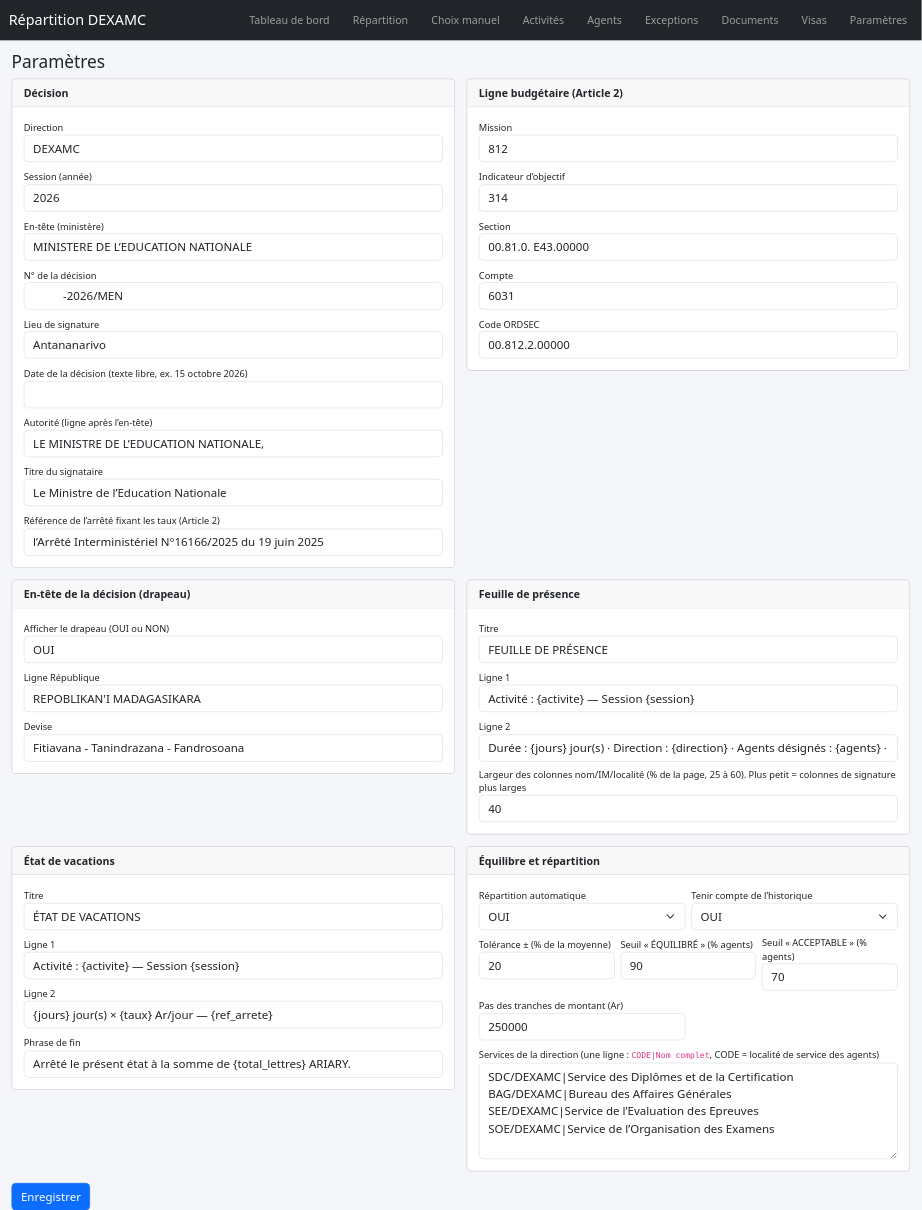
Repository: Mikandry/vacation
Page: http://localhost/parametres
An editor plug-in stored every save of this project. The page is shown before and after a run of saves, followed by the edit.
The browser window is 1280 px wide. The pictures show the whole page, at 72% of full size.
The page is served by the project's Laravel application, run on PHP 8.4 with Laravel 12. Other server files are loaded and not shown. Queries for data that is not in the repository find no rows.

Above is the page before, as saved 2026-10-18 13:45:39.

### routes/web.php
<?php
use App\Http\Controllers\{ActivityController, AgentController, DashboardController, DistributionController, DocumentController, ExceptionController, ManualController, SettingController, VisaController};
use Illuminate\Support\Facades\Route;

// Pour protéger l'application : installer Laravel Breeze puis remplacer [] par ['auth'].
Route::middleware([])->group(function () {
    Route::get('/', [DashboardController::class, 'index'])->name('dashboard');

    Route::get('/repartition', [DistributionController::class, 'index'])->name('distribution.index');
    Route::post('/repartition/run', [DistributionController::class, 'run'])->name('distribution.run');
    Route::post('/repartition/redraw', [DistributionController::class, 'redraw'])->name('distribution.redraw');
    Route::post('/repartition/archive', [DistributionController::class, 'archive'])->name('distribution.archive');
    Route::get('/repartition/recap.{format}', [DistributionController::class, 'recap'])->name('distribution.recap');

    Route::resource('activities', ActivityController::class)->except('show');

    Route::get('/agents/import', [AgentController::class, 'importForm'])->name('agents.import.form');
    Route::post('/agents/import', [AgentController::class, 'import'])->name('agents.import');
    Route::get('/agents/export', [AgentController::class, 'export'])->name('agents.export');
    Route::resource('agents', AgentController::class)->except('show');

    Route::get('/exceptions', [ExceptionController::class, 'index'])->name('exceptions.index');
    Route::post('/exceptions', [ExceptionController::class, 'set'])->name('exceptions.set');

    Route::get('/parametres', [SettingController::class, 'index'])->name('settings.index');
    Route::post('/parametres', [SettingController::class, 'update'])->name('settings.update');
    Route::get('/visas', [VisaController::class, 'index'])->name('visas.index');
    Route::post('/visas', [VisaController::class, 'update'])->name('visas.update');

    Route::get('/documents', [DocumentController::class, 'index'])->name('documents.index');
    Route::get('/documents/{activity}/{type}/{format}', [DocumentController::class, 'export'])->name('documents.export');
    Route::get('/choix', [ManualController::class, 'matrix'])->name('choix.matrix');
Route::post('/choix/toggle', [ManualController::class, 'toggle'])->name('choix.toggle');
Route::post('/choix/appliquer', [ManualController::class, 'apply'])->name('choix.apply');
Route::get('/choix/{activity}', [ManualController::class, 'show'])->name('choix.show');
Route::post('/choix/{activity}', [ManualController::class, 'save'])->name('choix.save');
Route::post('/choix/{activity}/externe', [ManualController::class, 'addExternal'])->name('choix.external');
Route::post('/choix/{activity}/auto', [ManualController::class, 'auto'])->name('choix.auto');

    });

### app/Http/Controllers/SettingController.php
<?php
namespace App\Http\Controllers;

use App\Models\Setting;
use Illuminate\Http\Request;

class SettingController extends Controller
{
    public function index() { return view('settings', ['s' => Setting::all_()]); }
    public function update(Request $r)
    {
        $r->validate(['tolerance' => 'required|numeric|min:0|max:100', 'threshold_ok' => 'required|numeric|min:0|max:100', 'threshold_acc' => 'required|numeric|min:0|max:100',
            'band_step' => 'required|integer|min:1000', 'auto' => 'required|in:OUI,NON', 'use_history' => 'required|in:OUI,NON']);
        Setting::put($r->only(array_keys(Setting::DEFAULTS)));
        return redirect()->route('settings.index')->with('ok', 'Paramètres enregistrés. Relancez la répartition si nécessaire.');
    }
}

### app/Http/Controllers/Controller.php
<?php
namespace App\Http\Controllers;

abstract class Controller {}

### app/Models/Setting.php
<?php
namespace App\Models;
use Illuminate\Database\Eloquent\Model;

class Setting extends Model
{
    protected $primaryKey = 'key';
    public $incrementing = false;
    protected $keyType = 'string';
    public $timestamps = false;
    protected $fillable = ['key', 'value'];

    public const DEFAULTS = [
        'direction' => 'DEXAMC',
        'session' => '2026',
        'ministry' => "MINISTERE DE L’EDUCATION NATIONALE",
        'decision_number' => '          -2026/MEN',
        'place' => 'Antananarivo',
        'decision_date' => '',
        'authority' => "LE MINISTRE DE L’EDUCATION NATIONALE,",
        'signatory' => "Le Ministre de l’Education Nationale",
        'ref_arrete' => "l’Arrêté Interministériel N°16166/2025 du 19 juin 2025",
        'budget_mission' => '812',
        'budget_indicator' => '314',
        'budget_section' => '00.81.0. E43.00000',
        'budget_account' => '6031',
        'budget_ordsec' => '00.812.2.00000',
        'auto' => 'OUI',          // répartition automatique
        'use_history' => 'OUI',   // tenir compte de l'historique
        'tolerance' => '20',      // % autour de la moyenne
        'threshold_ok' => '90',   // % d'agents dans la tolérance => ÉQUILIBRÉ
        'threshold_acc' => '70',  // => ACCEPTABLE
        'band_step' => '250000',
                'show_flag' => 'OUI',
        'republic' => "REPOBLIKAN'I MADAGASIKARA",
        'motto' => 'Fitiavana - Tanindrazana - Fandrosoana',
        'presence_title' => 'FEUILLE DE PRÉSENCE',
        'presence_line1' => 'Activité : {activite} — Session {session}',
        'presence_line2' => 'Durée : {jours} jour(s) · Direction : {direction} · Agents désignés : {agents} · Lieu : {lieu}',
        'presence_id_width' => '40',
        'etat_title' => 'ÉTAT DE VACATIONS',
        'etat_line1' => 'Activité : {activite} — Session {session}',
        'etat_line2' => '{jours} jour(s) × {taux} Ar/jour — {ref_arrete}',
        'etat_footer' => 'Arrêté le présent état à la somme de {total_lettres} ARIARY.',
        'services' => "SDC/DEXAMC|Service des Diplômes et de la Certification\nBAG/DEXAMC|Bureau des Affaires Générales\nSEE/DEXAMC|Service de l’Evaluation des Epreuves\nSOE/DEXAMC|Service de l’Organisation des Examens",
    ];

    public static function all_(): array
    {
        return array_merge(self::DEFAULTS, static::query()->pluck('value', 'key')->map(fn($v) => (string)$v)->all());
    }
    public static function put(array $values): void
    {
        foreach ($values as $k => $v) {
            if (array_key_exists($k, self::DEFAULTS)) static::updateOrCreate(['key' => $k], ['value' => (string)$v]);
        }
    }
}

### resources/views/settings.blade.php
@extends('layouts.app')
@section('title','Paramètres')
@php

 $groups=[
  'Décision'=>[['direction','Direction'],['session','Session (année)'],['ministry','En-tête (ministère)'],['decision_number','N° de la décision'],['place','Lieu de signature'],['decision_date','Date de la décision (texte libre, ex. 15 octobre 2026)'],['authority','Autorité (ligne après l’en-tête)'],['signatory','Titre du signataire'],['ref_arrete','Référence de l’arrêté fixant les taux (Article 2)']],
  'Ligne budgétaire (Article 2)'=>[['budget_mission','Mission'],['budget_indicator','Indicateur d’objectif'],['budget_section','Section'],['budget_account','Compte'],['budget_ordsec','Code ORDSEC']],
  'En-tête de la décision (drapeau)'=>[['show_flag','Afficher le drapeau (OUI ou NON)'],['republic','Ligne République'],['motto','Devise']],
  'Feuille de présence'=>[['presence_title','Titre'],['presence_line1','Ligne 1'],['presence_line2','Ligne 2'],['presence_id_width','Largeur des colonnes nom/IM/localité (% de la page, 25 à 60). Plus petit = colonnes de signature plus larges']],
  'État de vacations'=>[['etat_title','Titre'],['etat_line1','Ligne 1'],['etat_line2','Ligne 2'],['etat_footer','Phrase de fin']],
 ];

@endphp
@section('content')
<h4>Paramètres</h4>
<form method="post" action="{{ route('settings.update') }}" class="row g-3">
 @csrf
 @foreach($groups as $title=>$fields)
  <div class="col-lg-6"><div class="card"><div class="card-header fw-bold">{{ $title }}</div><div class="card-body row g-2">
   @foreach($fields as [$k,$l])<div class="col-12"><label class="form-label mb-0 small">{{ $l }}</label><input name="{{ $k }}" class="form-control" value="{{ old($k,$s[$k]) }}"></div>@endforeach
  </div></div></div>
 @endforeach
 <div class="col-lg-6"><div class="card"><div class="card-header fw-bold">Équilibre et répartition</div><div class="card-body row g-2">
  <div class="col-md-6"><label class="form-label mb-0 small">Répartition automatique</label><select name="auto" class="form-select">@foreach(['OUI','NON'] as $v)<option @selected($s['auto']==$v)>{{ $v }}</option>@endforeach</select></div>
  <div class="col-md-6"><label class="form-label mb-0 small">Tenir compte de l’historique</label><select name="use_history" class="form-select">@foreach(['OUI','NON'] as $v)<option @selected($s['use_history']==$v)>{{ $v }}</option>@endforeach</select></div>
  <div class="col-md-4"><label class="form-label mb-0 small">Tolérance ± (% de la moyenne)</label><input type="number" step="0.1" name="tolerance" class="form-control" value="{{ old('tolerance',$s['tolerance']) }}"></div>
  <div class="col-md-4"><label class="form-label mb-0 small">Seuil « ÉQUILIBRÉ » (% agents)</label><input type="number" name="threshold_ok" class="form-control" value="{{ old('threshold_ok',$s['threshold_ok']) }}"></div>
  <div class="col-md-4"><label class="form-label mb-0 small">Seuil « ACCEPTABLE » (% agents)</label><input type="number" name="threshold_acc" class="form-control" value="{{ old('threshold_acc',$s['threshold_acc']) }}"></div>
  <div class="col-md-6"><label class="form-label mb-0 small">Pas des tranches de montant (Ar)</label><input type="number" name="band_step" class="form-control" value="{{ old('band_step',$s['band_step']) }}"></div>
  <div class="col-12"><label class="form-label mb-0 small">Services de la direction (une ligne : <code>CODE|Nom complet</code>, CODE = localité de service des agents)</label><textarea name="services" rows="5" class="form-control">{{ old('services',$s['services']) }}</textarea></div>
 </div></div></div>

 <div class="col-12"><button class="btn btn-primary">Enregistrer</button></div>
</form>
@endsection

### resources/views/layouts/app.blade.php
<!doctype html>
<html lang="fr">
<head>
<meta charset="utf-8"><meta name="viewport" content="width=device-width, initial-scale=1">
<meta name="csrf-token" content="{{ csrf_token() }}">
<title>@yield('title', 'Répartition des agents')</title>
<head><link rel="icon" type="image/svg+xml" href="{{ asset('favicon.svg') }}"> </head>
{{-- <link rel="icon" type="image/png" href="{{ asset('logo.png') }}">. --}}

<link href="https://cdn.jsdelivr.net/npm/bootstrap@5.3.3/dist/css/bootstrap.min.css" rel="stylesheet">
<style>
 body{background:#f4f6f9;font-size:.92rem} .kpi{background:#fff;border-radius:.6rem;padding:.8rem 1rem;box-shadow:0 1px 3px rgba(0,0,0,.08)}
 .kpi .v{font-size:1.5rem;font-weight:700;color:#1f3a5f} .kpi .l{font-size:.75rem;color:#666;text-transform:uppercase}
 .table-sm td,.table-sm th{vertical-align:middle} .dot{display:inline-block;width:.9rem;height:.9rem;border-radius:50%;background:#1976d2}
 .st-Équilibré{background:#c8e6c9}.st-Sur-chargé{background:#ffcdd2}.st-Sous-chargé{background:#ffe0b2}.st-Externe{background:#e1f5fe}.st-Indisponible{background:#eee;color:#777}
 .sticky th{position:sticky;top:0;background:#1f3a5f;color:#fff;z-index:2}
</style>
</head>
<body>
<nav class="navbar navbar-expand-lg navbar-dark bg-dark mb-3">
 <div class="container-fluid">
  <a class="navbar-brand" href="{{ route('dashboard') }}">Répartition {{ \App\Models\Setting::all_()['direction'] }}</a>
  <div class="navbar-nav flex-row flex-wrap gap-3">
   <a class="nav-link" href="{{ route('dashboard') }}">Tableau de bord</a>
   <a class="nav-link" href="{{ route('distribution.index') }}">Répartition</a>
   <a class="nav-link" href="{{ route('choix.matrix') }}">Choix manuel</a>
   <a class="nav-link" href="{{ route('activities.index') }}">Activités</a>
   <a class="nav-link" href="{{ route('agents.index') }}">Agents</a>
   <a class="nav-link" href="{{ route('exceptions.index') }}">Exceptions</a>
   <a class="nav-link" href="{{ route('documents.index') }}">Documents</a>
   <a class="nav-link" href="{{ route('visas.index') }}">Visas</a>
   <a class="nav-link" href="{{ route('settings.index') }}">Paramètres</a>
  </div>
 </div>
</nav>
<div class="container-fluid px-3">
 @if(session('ok'))<div class="alert alert-success">{{ session('ok') }}</div>@endif
 @if($errors->any())<div class="alert alert-danger"><ul class="mb-0">@foreach($errors->all() as $e)<li>{{ $e }}</li>@endforeach</ul></div>@endif
 @yield('content')
</div>
@stack('scripts')
</body>
</html>

After the next 3 saves:
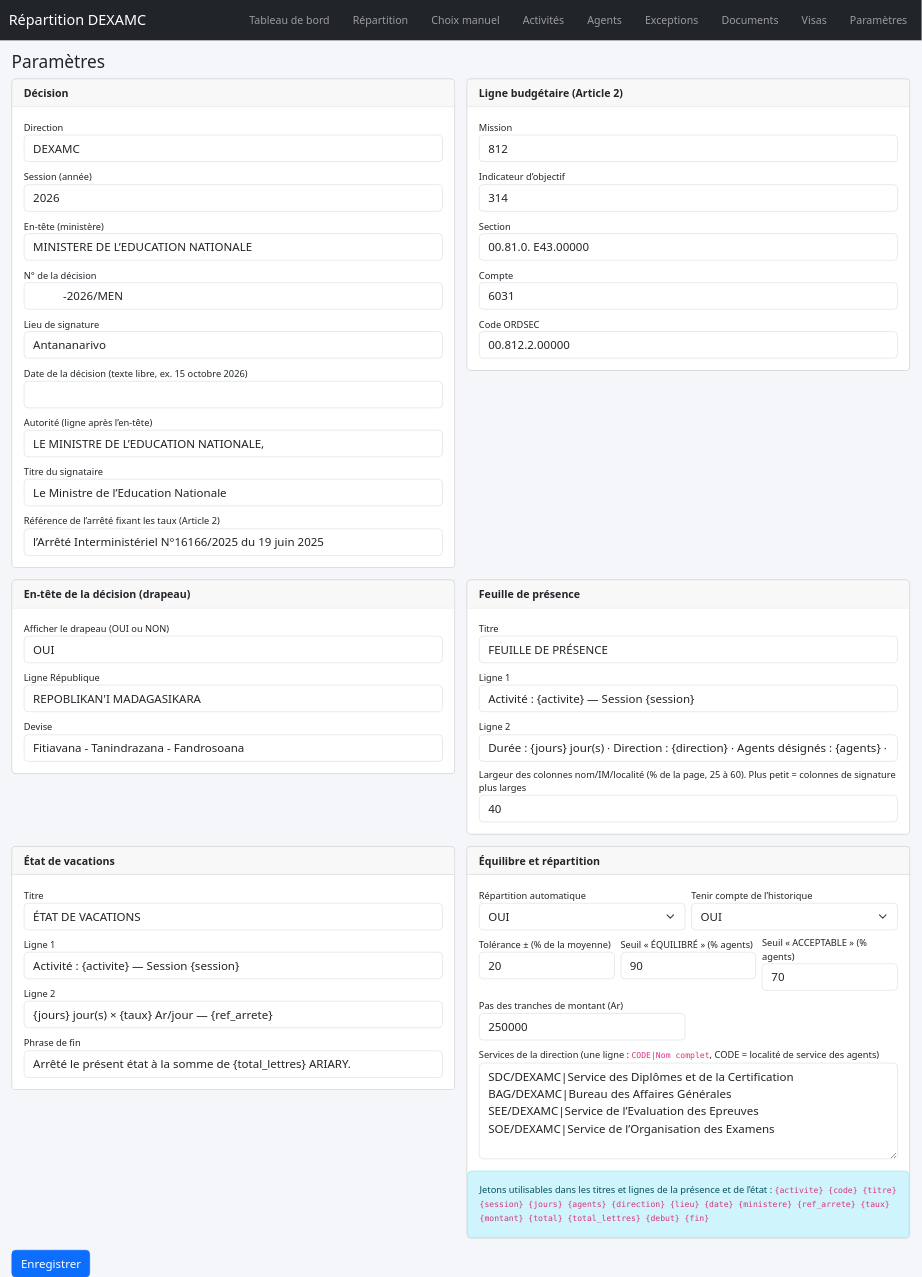
The 3 saves are shown as one change because they came seconds apart.
The last was saved 25 s later.
--- a/resources/views/settings.blade.php
+++ b/resources/views/settings.blade.php
@@ -28,7 +28,10 @@
   <div class="col-md-4"><label class="form-label mb-0 small">Seuil « ACCEPTABLE » (% agents)</label><input type="number" name="threshold_acc" class="form-control" value="{{ old('threshold_acc',$s['threshold_acc']) }}"></div>
   <div class="col-md-6"><label class="form-label mb-0 small">Pas des tranches de montant (Ar)</label><input type="number" name="band_step" class="form-control" value="{{ old('band_step',$s['band_step']) }}"></div>
   <div class="col-12"><label class="form-label mb-0 small">Services de la direction (une ligne : <code>CODE|Nom complet</code>, CODE = localité de service des agents)</label><textarea name="services" rows="5" class="form-control">{{ old('services',$s['services']) }}</textarea></div>
- </div></div></div>
+ </div>
+ <div class="col-12"><div class="alert alert-info small mb-0">Jetons utilisables dans les titres et lignes de la présence et de l’état :
+  <code>{activite} {code} {titre} {session} {jours} {agents} {direction} {lieu} {date} {ministere} {ref_arrete} {taux} {montant} {total} {total_lettres} {debut} {fin}</code></div></div>
+</div></div>
 
  <div class="col-12"><button class="btn btn-primary">Enregistrer</button></div>
 </form>
